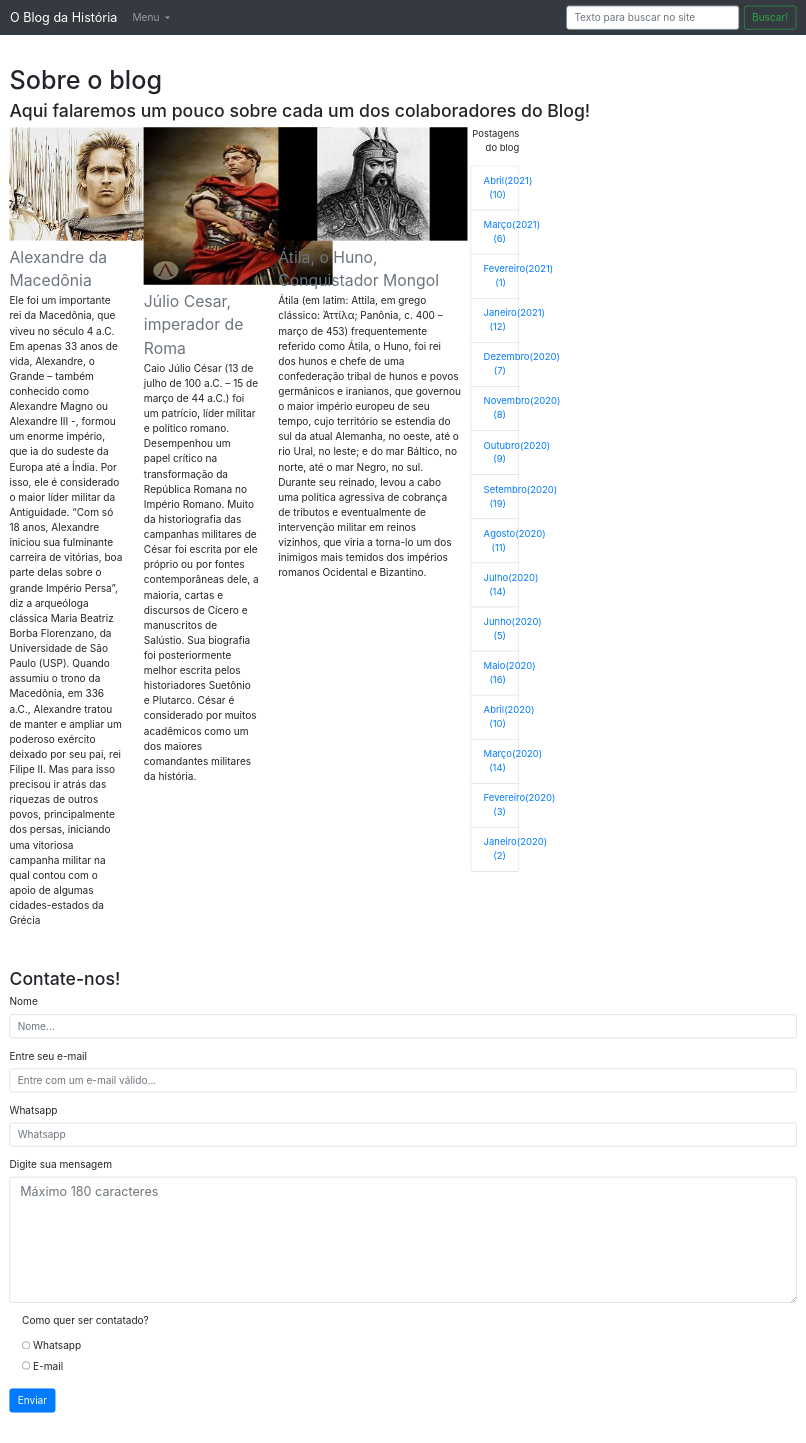
Repository: xhenrique/blog_layout_bootstrap
Page: source/sobre.html
An editor plug-in stored every save of this project. The page is shown before and after the next save, followed by the edit.
The browser window is 1280 px wide. The pictures show the whole page, at 63% of full size.

Above is the page before, as saved 2021-04-25 02:58:00.

### source/sobre.html
<!DOCTYPE html>
<html lang="pt-br">
  <head>
    <!-- Meta tags Obrigatórias -->
    <meta charset="utf-8">
    <meta name="viewport" content="width=device-width, initial-scale=1, shrink-to-fit=no">

    <!-- Bootstrap CSS -->
    <link rel="stylesheet" href="https://stackpath.bootstrapcdn.com/bootstrap/4.1.3/css/bootstrap.min.css" integrity="sha384-MCw98/SFnGE8fJT3GXwEOngsV7Zt27NXFoaoApmYm81iuXoPkFOJwJ8ERdknLPMO" crossorigin="anonymous">
    <title>O Blog da História</title>
  </head>
  <body>
    <nav class="navbar navbar-expand-md navbar-dark bg-dark sticky-top">
        <a class = "navbar-brand" href="index.html">O Blog da História</a>

        <!--Especificações do que é cada um dos atributos!!!!!
            "aria-controls": define a relação entre os elementos, um elemento é pai e o outro filho, deve ser definido no pai, relacionando o filho;
            "data-target" : Define o que será exibido quando clicar na opção do menu;
            "data-toggle" : o que vai acontecer quando eu clicar em cima do botão, collapse, por exemplo, faz o botão expandir e retrair as opções;
            "aria-expanded" : Flag para o navegador informando que o elemento não está expandido;
            "aria-label" : é usado para definir uma string na tag do elemento atual.
        -->
        <button class="navbar-toggler" type="button" data-toggle="collapse" data-target="#navbarCfg" aria-controls="navbarCfg">
            <span class="navbar-toggler-icon"></span>
        </button>
        <div class="collapse navbar-collapse" id="navbarCfg">
            <ul class="navbar-nav mr-auto">
                <a class="nav-link dropdown-toggle" href="#" id="navbarDropdown" role="button" data-toggle="dropdown" aria-haspopup="true" aria-expanded="false">
                Menu
                </a>
                <div class="dropdown-menu" aria-labelledby="navbarDropdown">
                <a class="dropdown-item" href="index.html">Início</a>
                <a class="dropdown-item" href="sobre.html">Sobre</a>
                <a class="dropdown-item" href="posts.html">Postagens</a>
                <div class="dropdown-divider"></div>
                <p style="text-align: left; padding-left: 10px;"> Criado por: <br/>José Xavier<br/>UFPA - 2021</p>
                </div>
            </ul>
            <form class="form-inline my-2 my-lg-0">
            <input class="form-control mr-sm-2" type="search" placeholder="Texto para buscar no site" aria-label="Search">
            <button class="btn btn-outline-success my-2 my-sm-0" type="submit">Buscar!</button>
            </form>
        </div>
    </nav>

    <div class="container-fluid" id="sobreContainer">
        <div id="sobre_o_blog" class="text-left">
            <br/>
            <br/>
            <h1>Sobre o blog</h1>
            <h3>Aqui falaremos um pouco sobre cada um dos colaboradores do Blog!</h3>
        </div>
        <div class="row d-flex">
            <div class="col-md-2">
                <img class="figure-img" src="../img/alexandre.jpg" alt="Xandão"  style="height: 180px; width: 300px">
                <figcaption class="figure-caption" style="font-size: 25px;">
                    Alexandre da Macedônia
                </figcaption>
                <p>Ele foi um importante rei da Macedônia, que viveu no século 4 a.C. Em apenas 33 anos de vida, Alexandre, o Grande – também conhecido como Alexandre Magno ou Alexandre III -, formou um enorme império, que ia do sudeste da Europa até a Índia. Por isso, ele é considerado o maior líder militar da Antiguidade. “Com só 18 anos, Alexandre iniciou sua fulminante carreira de vitórias, boa parte delas sobre o grande Império Persa”, diz a arqueóloga clássica Maria Beatriz Borba Florenzano, da Universidade de São Paulo (USP). Quando assumiu o trono da Macedônia, em 336 a.C., Alexandre tratou de manter e ampliar um poderoso exército deixado por seu pai, rei Filipe II. Mas para isso precisou ir atrás das riquezas de outros povos, principalmente dos persas, iniciando uma vitoriosa campanha militar na qual contou com o apoio de algumas cidades-estados da Grécia</p>
            </div>
            <div class="col-md-2">
                <img class="figure-img" src="../img/th.jfif" alt="imperador" style="height: 250px; width: 300px">
                <figcaption class="figure-caption" style="font-size: 25px;">
                    Júlio Cesar, imperador de Roma
                </figcaption>
                <p>Caio Júlio César (13 de julho de 100 a.C. – 15 de março de 44 a.C.) foi um patrício, líder militar e político romano. Desempenhou um papel crítico na transformação da República Romana no Império Romano. Muito da historiografia das campanhas militares de César foi escrita por ele próprio ou por fontes contemporâneas dele, a maioria, cartas e discursos de Cícero e manuscritos de Salústio. Sua biografia foi posteriormente melhor escrita pelos historiadores Suetônio e Plutarco. César é considerado por muitos acadêmicos como um dos maiores comandantes militares da história.</p>
            </div>
            <div class="col-md-3">
                <img class="figure-img" src="../img/atila.jpg" alt="o_huno" style="height: 180px; width: 300px">
                <figcaption class="figure-caption" style="font-size: 25px;">
                        Átila, o Huno, Conquistador Mongol
                </figcaption>
                <p>Átila (em latim: Attila, em grego clássico: Ἀττίλα; Panônia, c. 400 – março de 453) frequentemente referido como Átila, o Huno, foi rei dos hunos e chefe de uma confederação tribal de hunos e povos germânicos e iranianos, que governou o maior império europeu de seu tempo, cujo território se estendia do sul da atual Alemanha, no oeste, até o rio Ural, no leste; e do mar Báltico, no norte, até o mar Negro, no sul. Durante seu reinado, levou a cabo uma política agressiva de cobrança de tributos e eventualmente de intervenção militar em reinos vizinhos, que viria a torna-lo um dos inimigos mais temidos dos impérios romanos Ocidental e Bizantino.</p>
            </div>
            <div class="row">
                <div class="col-md-6">
                    <div class="text-right" style="font-size: 15px;">
                        <p>Postagens do blog</p>
                        <ul class="list-group">
                            <!--Javascript provavelmente entraria aqui, iterando sobre uma lista/matriz e exibindo a quantida de postagens por mês/ano-->
                            <li class="list-group-item"><a href="">Abril(2021)(10)</a></li>
                            <li class="list-group-item"><a href="">Março(2021)(6)</a></li>
                            <li class="list-group-item"><a href="">Fevereiro(2021)(1)</a></li>
                            <li class="list-group-item"><a href="">Janeiro(2021)(12)</a></li>
                            <li class="list-group-item"><a href="">Dezembro(2020)(7)</a></li>
                            <li class="list-group-item"><a href="">Novembro(2020)(8)</a></li>
                            <li class="list-group-item"><a href="">Outubro(2020)(9)</a></li>
                            <li class="list-group-item"><a href="">Setembro(2020)(19)</a></li>
                            <li class="list-group-item"><a href="">Agosto(2020)(11)</a></li>
                            <li class="list-group-item"><a href="">Julho(2020)(14)</a></li>
                            <li class="list-group-item"><a href="">Junho(2020)(5)</a></li>
                            <li class="list-group-item"><a href="">Maio(2020)(16)</a></li>
                            <li class="list-group-item"><a href="">Abril(2020)(10)</a></li>
                            <li class="list-group-item"><a href="">Março(2020)(14)</a></li>
                            <li class="list-group-item"><a href="">Fevereiro(2020)(3)</a></li>
                            <li class="list-group-item"><a href="">Janeiro(2020)(2)</a></li>
                        </ul>
                    </div>
                </div>
            </div>
        </div>

        <form>
            <br/>
            <br/>

            <h3>
                Contate-nos!
            </h3>
            <div class="mb-3">
                <label for="nameInput" class="form-label">Nome</label>
                <input type="email" placeholder="Nome..." class="form-control" id="nameInput" aria-describedby="input_name" required>
            </div>
            <div class="mb-3">
                <label for="inputEmail" class="form-label">Entre seu e-mail</label>
                <input type="email" placeholder="Entre com um e-mail válido..." class="form-control" id="inputEmail" aria-describedby="emailHelp" required>
            </div>
              <div class="mb-3">
                <label for="wppInput" class="form-label">Whatsapp</label>
                <input type="text" placeholder="Whatsapp" class="form-control" id="wppInput">
              </div>
              <div class="mb-3">
                <label for="msgInput" class="form-label">Digite sua mensagem</label>
                <textarea type="text" placeholder="Máximo 180 caracteres" maxlength="180" class="form-control form-control-lg" id="msgInput" style="height: 200px;"></textarea>
              </div>
              <div class="mb-3 form-check">
                  <p>Como quer ser contatado?
                  </p>
                  <input type="radio" id="wpp" name="whatsapp" value="Whatsapp">
                  <label for="wpp">Whatsapp</label><br>
                  <input type="radio" id="e-mail" name="email" value="E-mail">
                  <label for="e-mail">E-mail</label><br>
              </div>
              <button class="btn btn-primary" type="submit" aria-label="btnSubmmit">Enviar</button>
              <br>
              <br>
              <br>
        </form>
    </div>


    <!-- JavaScript (Opcional) -->
    <!-- jQuery primeiro, depois Popper.js, depois Bootstrap JS -->
    <script src="https://code.jquery.com/jquery-3.3.1.slim.min.js" integrity="sha384-q8i/X+965DzO0rT7abK41JStQIAqVgRVzpbzo5smXKp4YfRvH+8abtTE1Pi6jizo" crossorigin="anonymous"></script>
    <script src="https://cdnjs.cloudflare.com/ajax/libs/popper.js/1.14.3/umd/popper.min.js" integrity="sha384-ZMP7rVo3mIykV+2+9J3UJ46jBk0WLaUAdn689aCwoqbBJiSnjAK/l8WvCWPIPm49" crossorigin="anonymous"></script>
    <script src="https://stackpath.bootstrapcdn.com/bootstrap/4.1.3/js/bootstrap.min.js" integrity="sha384-ChfqqxuZUCnJSK3+MXmPNIyE6ZbWh2IMqE241rYiqJxyMiZ6OW/JmZQ5stwEULTy" crossorigin="anonymous"></script>
  </body>
</html>

After the next save:
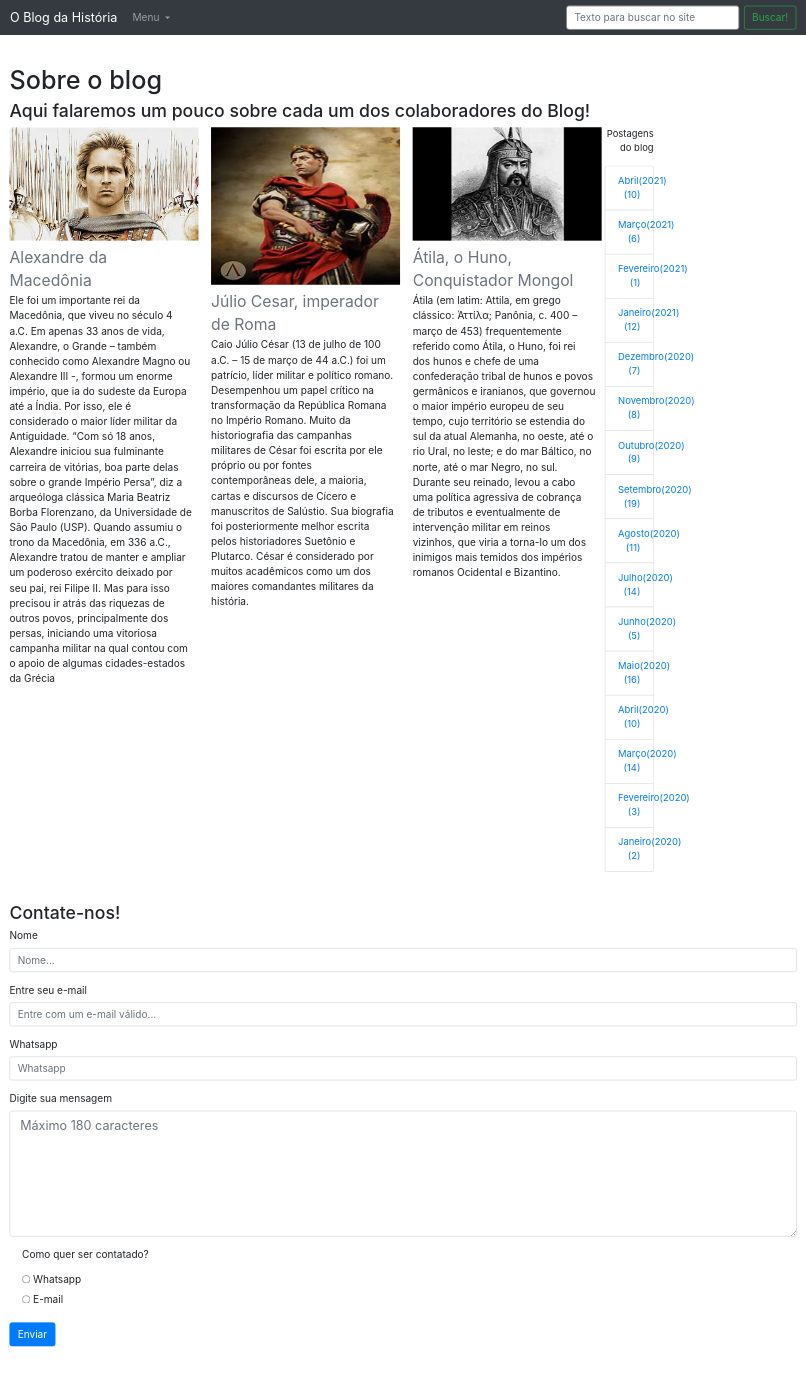
Saved 9 s later.
--- a/source/sobre.html
+++ b/source/sobre.html
@@ -51,14 +51,14 @@
             <h3>Aqui falaremos um pouco sobre cada um dos colaboradores do Blog!</h3>
         </div>
         <div class="row d-flex">
-            <div class="col-md-2">
+            <div class="col-md-3">
                 <img class="figure-img" src="../img/alexandre.jpg" alt="Xandão"  style="height: 180px; width: 300px">
                 <figcaption class="figure-caption" style="font-size: 25px;">
                     Alexandre da Macedônia
                 </figcaption>
                 <p>Ele foi um importante rei da Macedônia, que viveu no século 4 a.C. Em apenas 33 anos de vida, Alexandre, o Grande – também conhecido como Alexandre Magno ou Alexandre III -, formou um enorme império, que ia do sudeste da Europa até a Índia. Por isso, ele é considerado o maior líder militar da Antiguidade. “Com só 18 anos, Alexandre iniciou sua fulminante carreira de vitórias, boa parte delas sobre o grande Império Persa”, diz a arqueóloga clássica Maria Beatriz Borba Florenzano, da Universidade de São Paulo (USP). Quando assumiu o trono da Macedônia, em 336 a.C., Alexandre tratou de manter e ampliar um poderoso exército deixado por seu pai, rei Filipe II. Mas para isso precisou ir atrás das riquezas de outros povos, principalmente dos persas, iniciando uma vitoriosa campanha militar na qual contou com o apoio de algumas cidades-estados da Grécia</p>
             </div>
-            <div class="col-md-2">
+            <div class="col-md-3">
                 <img class="figure-img" src="../img/th.jfif" alt="imperador" style="height: 250px; width: 300px">
                 <figcaption class="figure-caption" style="font-size: 25px;">
                     Júlio Cesar, imperador de Roma
